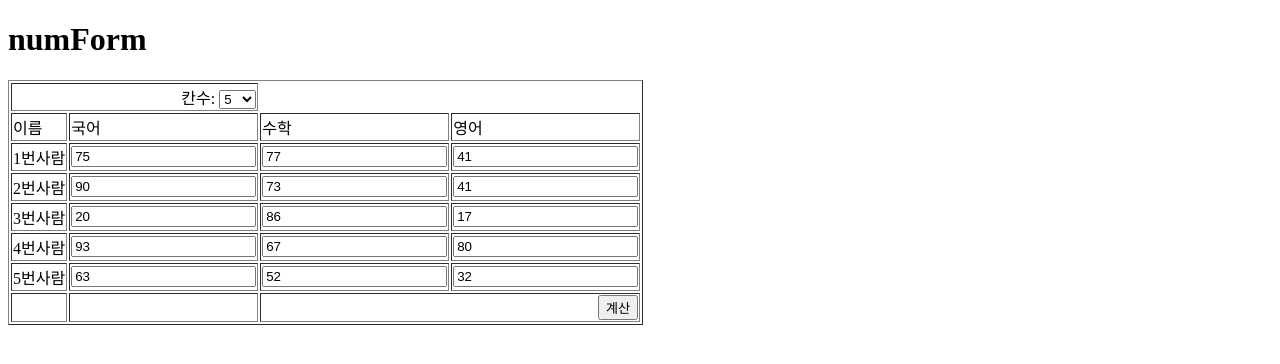
Repository: Jamikidu/newJsp
Page: http://localhost/jspProj/request/numForm.jsp
The author's editor kept a copy of each file at every save. The page is drawn from the files as they stood at one save, then again after the next save.
The browser window is 1280 px wide. The pictures show the whole page.
The page is served by Tomcat 9. Other server files are loaded and not shown.

Above is the page before, as saved 2023-07-27 08:12:48.

### jspProj/src/main/webapp/request/numForm.jsp
<%@ page language="java" contentType="text/html; charset=UTF-8"
    pageEncoding="UTF-8"%>
<%
	int cnt = 5;
	if(request.getParameter("cnt") != null){
		cnt = Integer.parseInt(request.getParameter("cnt"));
	}

%>
<!DOCTYPE html>
<html>
<head>
<meta charset="UTF-8">
<title>numForm</title>
<script type="text/javascript">
	function cntChange(){

		qwer.action="?"
		qwer.submit()
	}
</script>
</head>
<body>
<h1>numForm</h1>
<form action="numReg.jsp" name="qwer">
	<table border="">
		<tr>
			<td colspan="2" align="right">
			칸수:
				<select name="cnt" id="" onchange="cntChange()">
				<% for(int i=5; i<=30; i+=5){
				   String sel ="";

				   if(i == cnt){
					   sel = "selected";
				   }
				%>
					<option <%=sel%>><%=i %></option>
				<% } %>
				</select>
			</td>

		</tr>
		<tr>
			<td>이름</td>
			<td>국어</td>
			<td>수학</td>
			<td>영어</td>
		</tr>
		<tr>
		<% for(int i=0;i<5;i++){ %>

			<td><%=i+1 %>번사람</td>
			<td><input type="text" name="kor" value="<%=(int)(Math.random()*90)+10 %>" /></td>
			<td><input type="text" name="eng" value="<%=(int)(Math.random()*90)+10 %>" /></td>
			<td><input type="text" name="meth" value="<%=(int)(Math.random()*90)+10 %>" /></td>
		</tr>
		<% } %>

		<tr>
			<td></td>
			<td></td>
			<td colspan="2" align="right">
				<input type="submit" value="계산" />
			</td>
		</tr>
	</table>
</form>

</body>
</html>

After the next save:
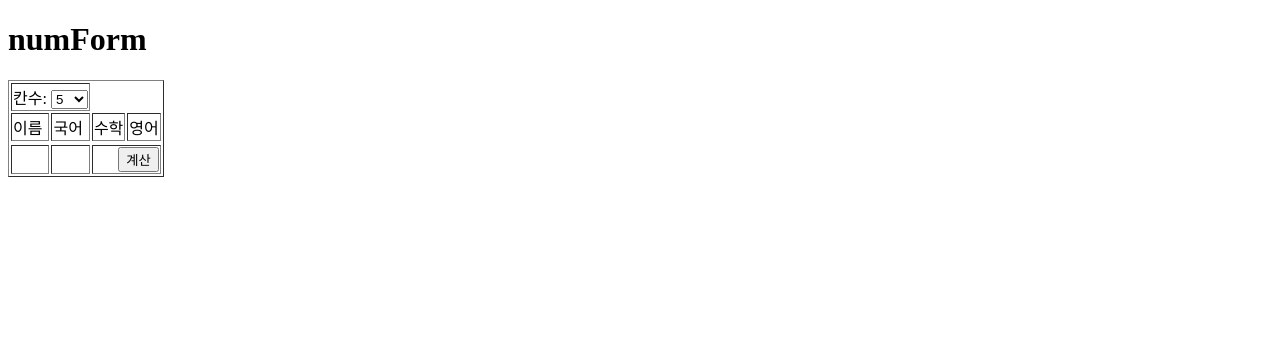
Saved 25 s later.
--- a/jspProj/src/main/webapp/request/numForm.jsp
+++ b/jspProj/src/main/webapp/request/numForm.jsp
@@ -48,14 +48,15 @@
 			<td>영어</td>
 		</tr>
 		<tr>
-		<% for(int i=0;i<5;i++){ %>
+
+		<%-- <% for(int i=0;i<5;i++){ %>
 
 			<td><%=i+1 %>번사람</td>
 			<td><input type="text" name="kor" value="<%=(int)(Math.random()*90)+10 %>" /></td>
 			<td><input type="text" name="eng" value="<%=(int)(Math.random()*90)+10 %>" /></td>
 			<td><input type="text" name="meth" value="<%=(int)(Math.random()*90)+10 %>" /></td>
 		</tr>
-		<% } %>
+		<% } %> --%>
 
 		<tr>
 			<td></td>

After the save that followed:
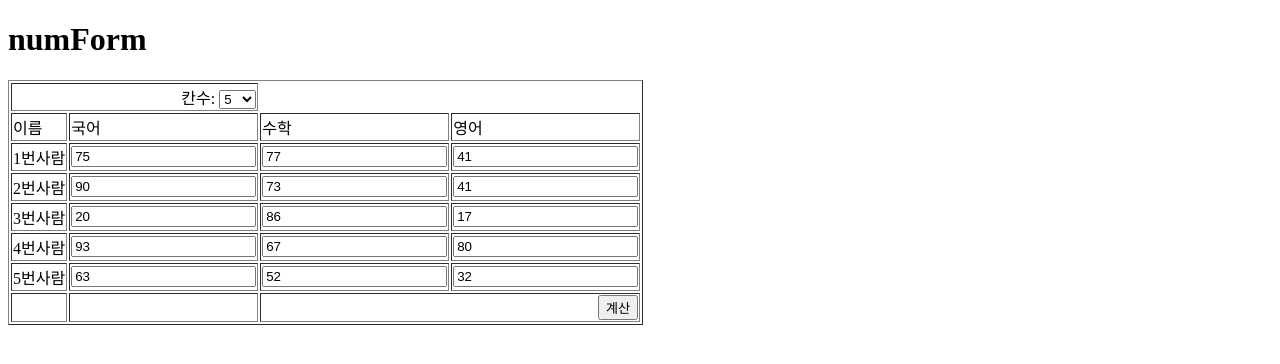
Saved 101 s later.
--- a/jspProj/src/main/webapp/request/numForm.jsp
+++ b/jspProj/src/main/webapp/request/numForm.jsp
@@ -49,14 +49,14 @@
 		</tr>
 		<tr>
 
-		<%-- <% for(int i=0;i<5;i++){ %>
+		 <% for(int i=0;i<5;i++){ %>
 
 			<td><%=i+1 %>번사람</td>
 			<td><input type="text" name="kor" value="<%=(int)(Math.random()*90)+10 %>" /></td>
 			<td><input type="text" name="eng" value="<%=(int)(Math.random()*90)+10 %>" /></td>
 			<td><input type="text" name="meth" value="<%=(int)(Math.random()*90)+10 %>" /></td>
 		</tr>
-		<% } %> --%>
+		<% } %>
 
 		<tr>
 			<td></td>
